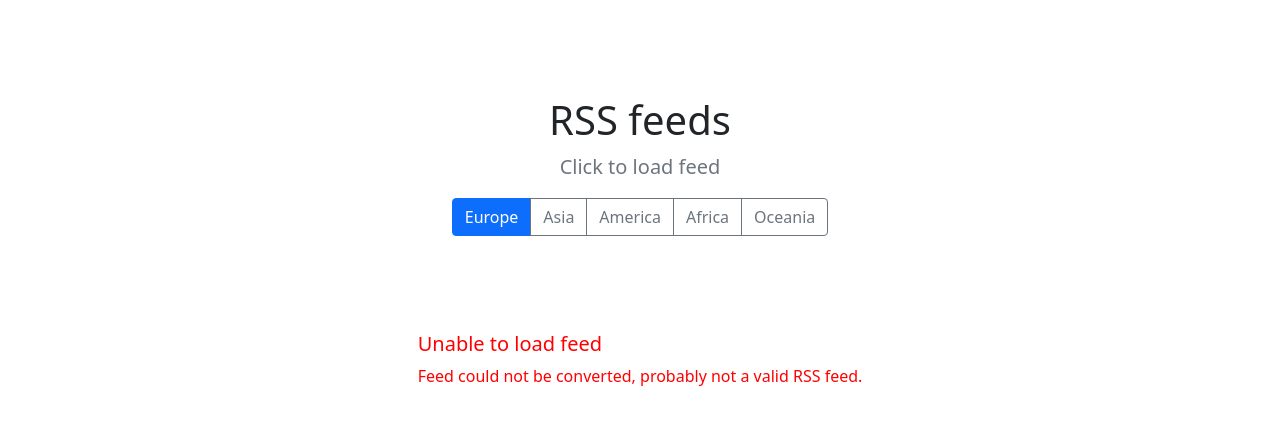
Repository: lilit1121/Templating-DOM-manipulation-and-data-processing
Page: oceania.html
The author's editor kept a copy of each file at every save. The page is drawn from the files as they stood at one save, then again after the next save.
The browser window is 1280 px wide. The pictures show the whole page.
The page's requests for data from a server got no answer.

Above is the page before, as saved 2023-02-09 16:13:27.

After the next save:
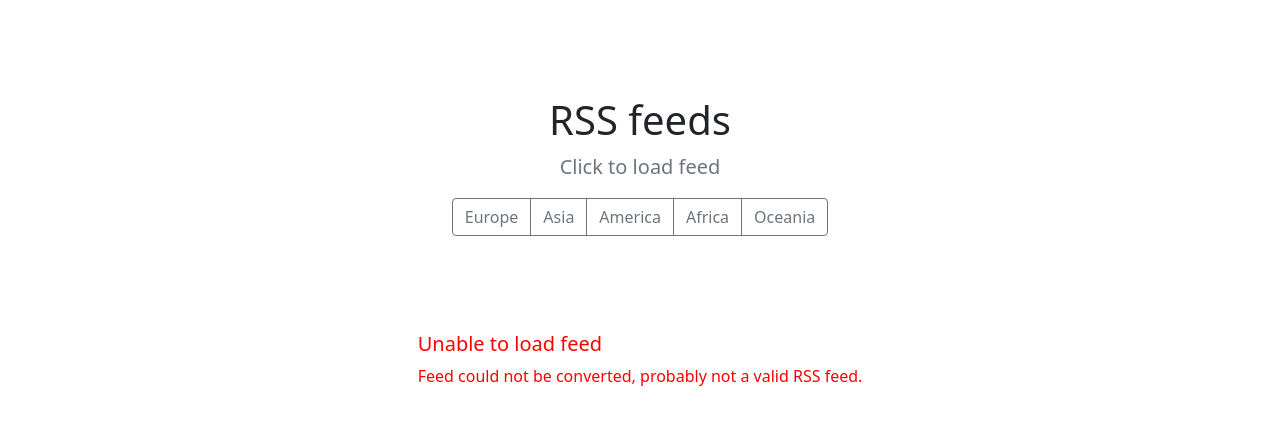
Saved 25 s later.
--- a/oceania.html
+++ b/oceania.html
@@ -25,7 +25,7 @@
           <h1 class="fw-light">RSS feeds</h1>
           <p class="lead text-muted">Click to load feed</p>
           <div class="btn-group">
-            <a href="./europe.html#" class="btn btn-primary">Europe</a>
+            <a href="./europe.html#" class="btn btn-outline-secondary">Europe</a>
             <a href="./asia.html#" class="btn btn-outline-secondary">Asia</a>
             <a href="./americas.html#" class="btn btn-outline-secondary"
               >America</a
